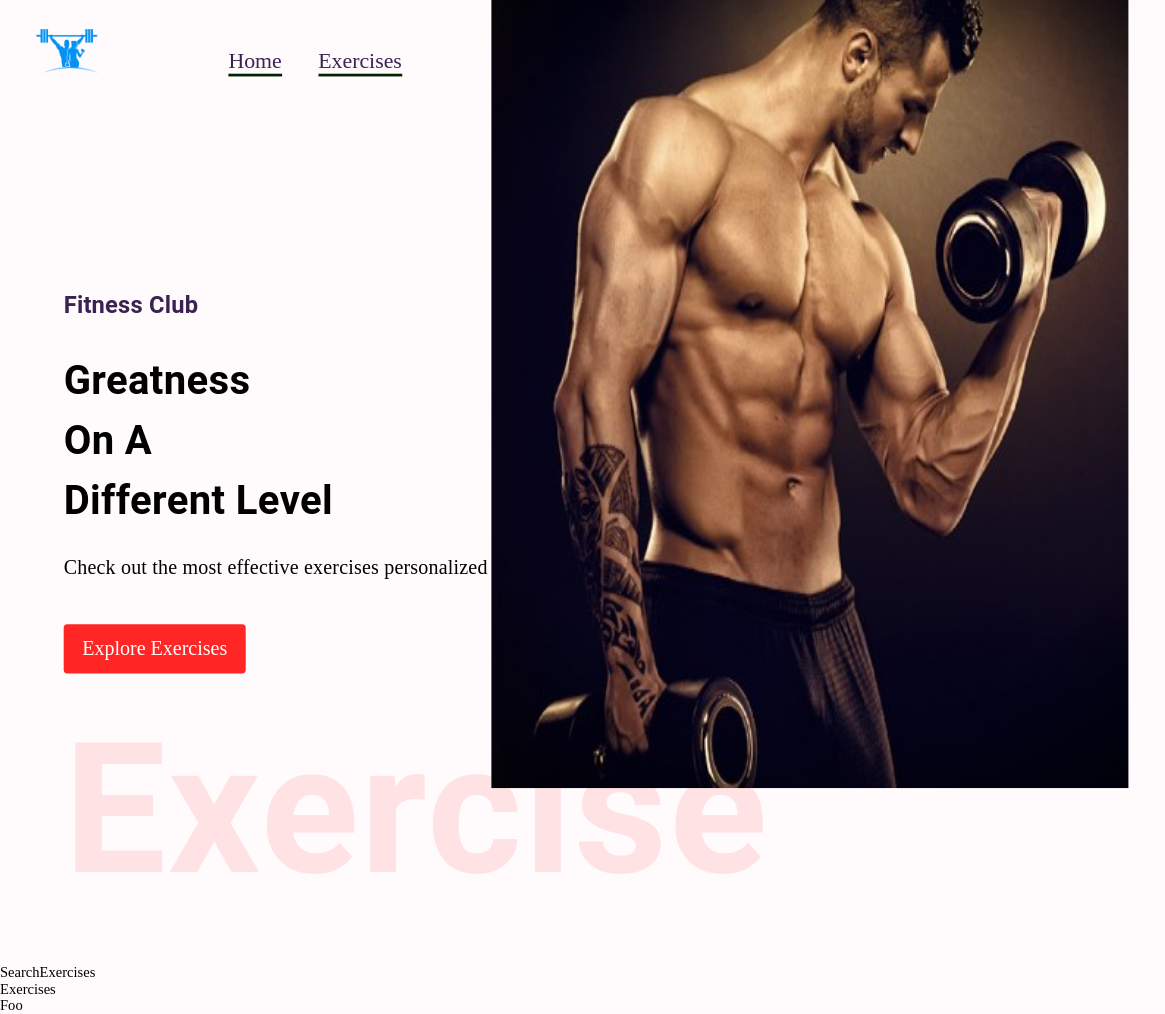
Repository: MhlengiNgubane/Workout-App
Page: /
These files come from the project's save history. The page is drawn as it stood at one moment and after the next save; the edit follows.
The browser window is 1280 px wide. The pictures show the whole page, at 91% of full size.
The project was rebuilt for these pictures with package versions that can differ from the ones it lists, and the page was loaded fresh each time. Also part of the build but not shown: src/pages/ExerciseDetail.js.

Above is the page before, as saved 2022-07-31 20:14:48.

### public/index.html
<!DOCTYPE html>
<html lang="en">
  <head>
    <meta charset="utf-8" />
    <link rel="icon" href="%PUBLIC_URL%/favicon.ico" />
    <meta name="viewport" content="width=device-width, initial-scale=1" />
    <meta name="theme-color" content="#000000" />
    <meta
      name="description"
      content="Web site created using create-react-app"
    />
    <link rel="apple-touch-icon" href="%PUBLIC_URL%/logo192.png" />
    <!--
      manifest.json provides metadata used when your web app is installed on a
      user's mobile device or desktop. See https://developers.google.com/web/fundamentals/web-app-manifest/
    -->
    <link rel="manifest" href="%PUBLIC_URL%/manifest.json" />
    <!--
      Notice the use of %PUBLIC_URL% in the tags above.
      It will be replaced with the URL of the `public` folder during the build.
      Only files inside the `public` folder can be referenced from the HTML.

      Unlike "/favicon.ico" or "favicon.ico", "%PUBLIC_URL%/favicon.ico" will
      work correctly both with client-side routing and a non-root public URL.
      Learn how to configure a non-root public URL by running `npm run build`.
    -->
    <title>MSN GYM</title>
  </head>
  <body>
    <noscript>You need to enable JavaScript to run this app.</noscript>
    <div id="root"></div>
    <!--
      This HTML file is a template.
      If you open it directly in the browser, you will see an empty page.

      You can add webfonts, meta tags, or analytics to this file.
      The build step will place the bundled scripts into the <body> tag.

      To begin the development, run `npm start` or `yarn start`.
      To create a production bundle, use `npm run build` or `yarn build`.
    -->
  </body>
</html>

### src/index.js
import React from 'react';
import ReactDOM from 'react-dom';
import App from './App';
import { BrowserRouter } from 'react-router-dom';

const root = ReactDOM.createRoot(document.getElementById('root'));

root.render(
    <React.StrictMode>
      <BrowserRouter>
        <App />
      </BrowserRouter>
    </React.StrictMode>,
  );

### src/components/Navbar.js
import React from 'react';
import { Link } from 'react-router-dom';
import { Stack } from '@mui/material';
import Logo from '../assets/images/Logo.png';

const Navbar = () => (
    <Stack direction="row" justifyContent="space-around" sx={{ gap: { sm: '123px', xs: '40px' }, mt: { sm: '32px', xs: '20px' }, justifyContent: 'none' }} px="20px">
        <Link to="/">
            <img src={Logo} alt="logo" style={{ width: '68px', height: '48px', margin: '0px 20px' }} />
        </Link>
        <Stack
            direction="row"
            gap="40px"
            fontFamily="Alegreya"
            fontSize="24px"
            alignItems="flex-end"
        >
            <Link to="/" style={{ textDecoration: 'none', color: '#3A2252', borderBottom: '3px solid #002300' }}>Home</Link>
            <a href="exercises" style={{ textDecoration: 'none', color: '#3A2252', borderBottom: '3px solid #002300' }}>Exercises</a>
        </Stack>
  </Stack>
);

export default Navbar;

### src/components/Footer.js
import React from 'react';

const Footer = () => {
    return (
        <div>Foo</div>
    )
};

export default Footer;

### src/components/Exercises.js
import React from 'react';

const Exercises = () => {
    return (
        <div>Exercises</div>
    )
};

export default Exercises;

### src/components/SearchExercises.js
import React from 'react';

const SearchExercises = () => {
    return (
        <div>SearchExercises</div>
    )
};

export default SearchExercises;

### src/components/HeroBanner.js
import React from 'react';
import { Box, Stack, Typography } from '@mui/material';
import HeroBannerImage from '../assets/images/banner.png';

const HeroBanner = () => (
  <Box sx={{ mt: { lg: '212px', xs: '70px' }, ml: { sm: '50px' } }} position="relative" p="20px">
    <Typography color="#3A2252" fontWeight="600" fontSize="26px">Fitness Club</Typography>
    <Typography fontWeight={700} sx={{ fontSize: { lg: '44px', xs: '40px' } }} mb="23px" mt="30px">
      Greatness <br /> On A <br />
      Different Level
    </Typography>
    <Typography fontSize="22px" fontFamily="Alegreya" lineHeight="35px">
      Check out the most effective exercises personalized to you
    </Typography>
    <Stack>
      <a href="#exercises" style={{ marginTop: '45px', textDecoration: 'none', width: '200px', textAlign: 'center', background: '#FF2625', padding: '14px', fontSize: '22px', textTransform: 'none', color: 'white', borderRadius: '4px' }}>Explore Exercises</a>
    </Stack>
    <Typography fontWeight={600} color="#FF2625" sx={{ opacity: '0.1', display: { lg: 'block', xs: 'none' }, fontSize: '200px' }}>
      Exercise
    </Typography>
    <img src={HeroBannerImage} alt="hero-banner" className="hero-banner-img" />
  </Box>
);

export default HeroBanner;

Loaded but not shown: src/App.js (common file); src/App.css (common file); src/pages/Home.js (common file)

After the next save:
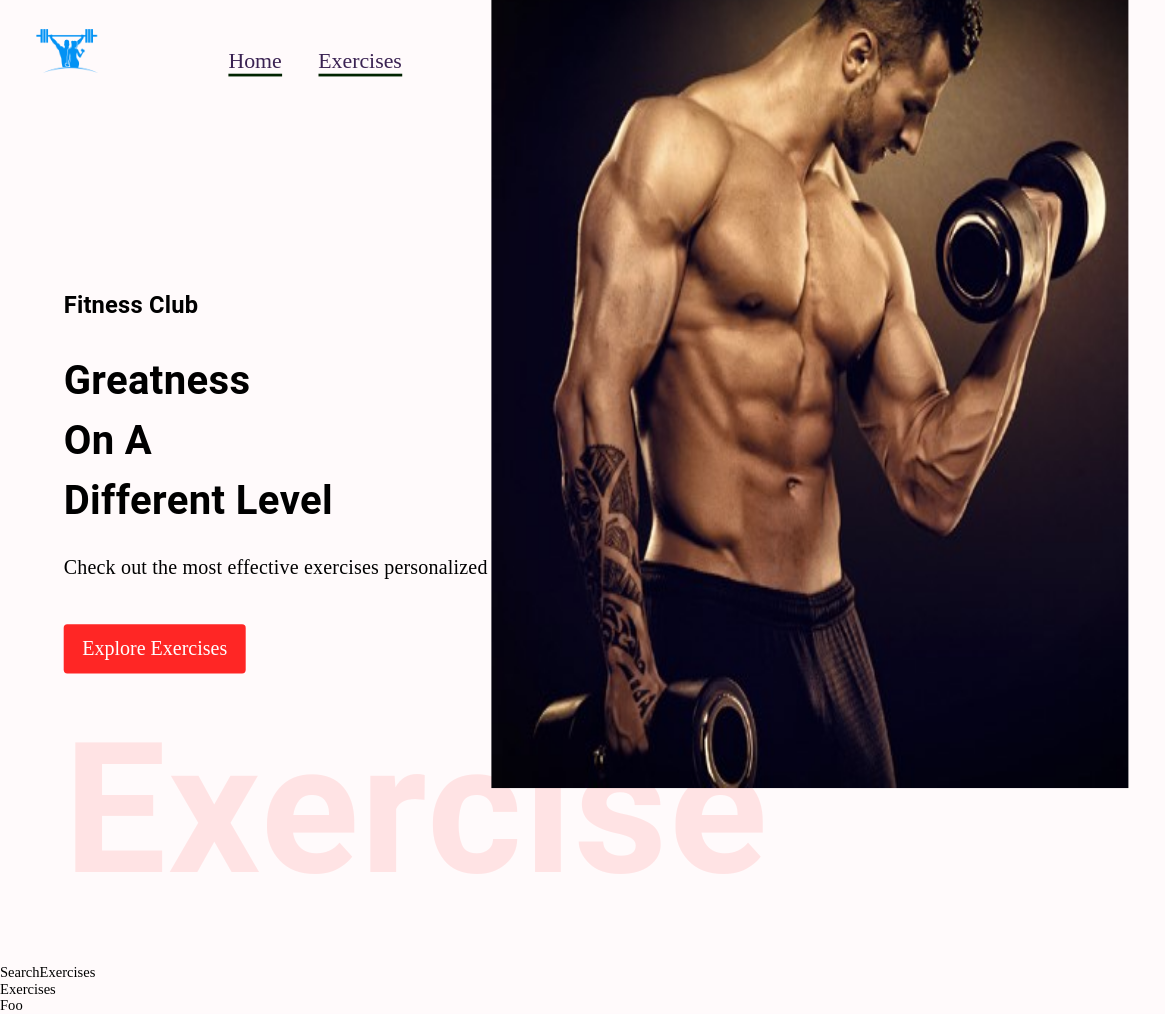
Saved 4 min 51 s later.
--- a/src/components/HeroBanner.js
+++ b/src/components/HeroBanner.js
@@ -4,7 +4,7 @@ import HeroBannerImage from '../assets/images/banner.png';
 
 const HeroBanner = () => (
   <Box sx={{ mt: { lg: '212px', xs: '70px' }, ml: { sm: '50px' } }} position="relative" p="20px">
-    <Typography color="#3A2252" fontWeight="600" fontSize="26px">Fitness Club</Typography>
+    <Typography color="#3A22 52" fontWeight="600" fontSize="26px">Fitness Club</Typography>
     <Typography fontWeight={700} sx={{ fontSize: { lg: '44px', xs: '40px' } }} mb="23px" mt="30px">
       Greatness <br /> On A <br />
       Different Level
